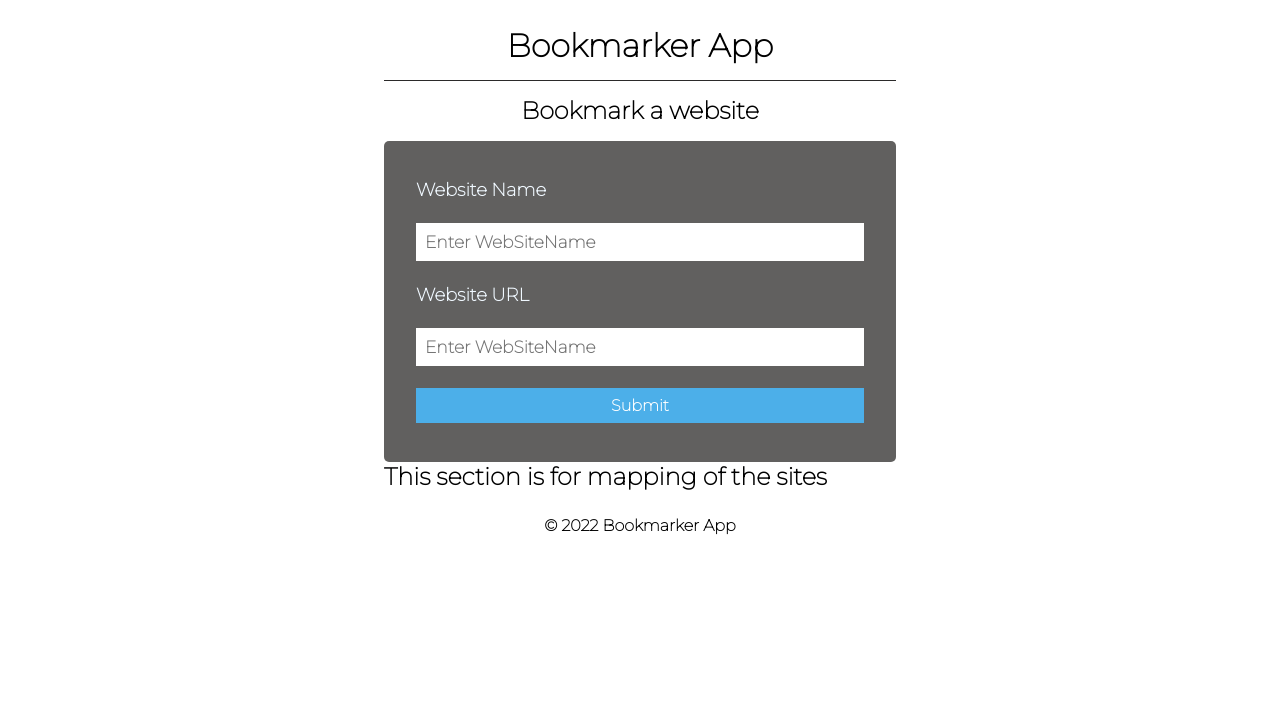
Repository: Suporl9/BookMarkerApp
Page: index.html
The author's editor kept a copy of each file at every save. The page is drawn from the files as they stood at one save, then again after the next save.
The browser window is 1280 px wide. The pictures show the whole page.

Above is the page before, as saved 2021-11-23 20:05:22.

### index.html
<!DOCTYPE html>
<html lang="en">
  <head>
    <meta charset="UTF-8" />
    <meta http-equiv="X-UA-Compatible" content="IE=edge" />
    <meta name="viewport" content="width=device-width, initial-scale=1.0" />
    <link rel="stylesheet" href="./style.css" />
    <title>Document</title>
  </head>
  <body>
    <div class="container">
      <div class="innerContainer">
        <div class="ininContainer">
          <div class="bookmarkerSection"><h1>Bookmarker App</h1></div>
          <!-- <h1>Bookmarker App</h1> -->
          <div class="vh"></div>
          <div class="formInput">
            <form class="formSec">
              <h2 class="h2class">Bookmark a website</h2>
              <div class="sitesec">
                <label class="labc" name="siteName">Website Name</label>
                <input
                  type="text"
                  name="sitename"
                  id="sitenameid"
                  placeholder="Enter WebSiteName"
                  class="inpClass"
                />
                <label class="labc" name="siteName">Website URL</label>
                <input
                  type="text"
                  name="sitename"
                  id="urlid"
                  class="inpClass"
                  placeholder="Enter WebSiteName"
                />
                <button class="submBtn">Submit</button>
              </div>
            </form>
          </div>
          <div class="toBeAdded">
            <h2>This section is for mapping of the sites</h2>
            <!-- <ul class="ulclass">
              me
            </ul> -->
            <div id="ullist"></div>
          </div>
          <footer class="footer">
            <p>&copy; 2022 Bookmarker App</p>
          </footer>
        </div>
      </div>
    </div>
    <script src="main.js"></script>
  </body>
</html>

### style.css
@import url("https://fonts.googleapis.com/css2?family=Montserrat:wght@100&display=swap");

:root {
  --main-bg-color: rgb(255, 255, 255);
  --main-grey: rgb(97, 96, 95);
}
* {
  font-family: "Montserrat", sans-serif;
  box-sizing: border-box; /* includes padding in height and width(the box outside doesnot get bigger when adding padding and stuff)*/
  margin: 0;
  padding: 0;
  font-weight: bold;
  border: none;
}
body {
  width: 80%;
  margin: auto;
}
.container {
  font-family: "Montserrat", sans-serif;

  display: flex;
  justify-content: center;
}
.innerContainer {
  /* display: flex;
  flex-direction: column; */
  width: 50%;
  margin: auto;
  /* justify-content: center;
  align-self: center; */
}
.ininContainer {
  display: flex;
  flex-direction: column;
  margin-top: 5%;
  /* align-content: center; */
  /* justify-content: center; */
}
.bookmarkerSection {
  display: flex;
  justify-content: center;
}
.vh {
  border-bottom: 1px solid rgb(43, 42, 42);
  margin-top: 3%;
}
/* .formInput {
  display: flex;
  flex-direction: column;
  justify-content: center;
} */
.h2class {
  align-self: center;
  margin-bottom: 3%;
}
.formSec {
  display: flex;
  flex-direction: column;
  margin-top: 3%;
  /* justify-content: end; */
  /* width: 0%; */
  /* align-content: center; */
}
.sitesec {
  display: flex;
  flex-direction: column;
  background-color: var(--main-grey);
  padding: 1rem 2rem;
  /* padding-bottom: 2rem; */
  border-radius: 5px;
  color: aliceblue;
}
.submBtn {
  margin-top: 5%;
  margin-bottom: 5%;
  padding: 0.5rem;
  color: rgb(255, 255, 255);
  /* font-size: 14px; */
  font-size: 16px;
  font-weight: 900;
  background-color: rgb(76, 175, 233);
}
.inpClass {
  margin-top: 5%;
  padding: 2%;
  outline: none;
  font-size: 17px;
}
.labc {
  margin-top: 5%;
  font-size: 18px;
}
.footer {
  margin-top: 5%;
  align-self: center;
}
/* .formSec,
.sitesec {
  display: flex;
  flex-direction: column;
} */
/* .sitesec {
  display: flex;
  flex-direction: column;
}
 */
#ullist {
  background-color: rgb(160, 157, 157);
  border-radius: 10px;
}

### main.js
//// @ts-check

let button = document.querySelector(".formSec");
button.addEventListener("submit", eventFunctionSubmit);
let sitename = document.getElementById("sitenameid");
let url = document.getElementById("urlid");
// console.log(input.value);
// const person = {
//   name: "sujan dari",
//   age: 25,
// };
let hello = localStorage.getItem("data");
let retrivedData = JSON.parse(hello);
console.log("retrieved", retrivedData);

let arrayForData = [];
// arrayForData.push(newObj);
if (hello != null) {
  retrivedData.forEach((element) => {
    arrayForData.push(element);
  });
} else {
  arrayForData = [];
}

console.log("arrayfordata", arrayForData);
// if(hello  !=  null){
//   arrayForData.push
// }else{}
// if(localStorage.getItem)
function eventFunctionSubmit(e) {
  e.preventDefault();
  // localStorage.setItem("user", JSON.stringify(person));
  // localStorage.setItem("arr", JSON.stringify(arrayForData));
  console.log("it works?");
  let site = { sitenamekey: sitename.value, urlkey: url.value };
  arrayForData.push(site);
  // console.log(sitename.value);
  // console.log(url.value);
  // console.log(arrayForData);
  localStorage.setItem("data", JSON.stringify(arrayForData));
}
// let hello = localStorage.getItem("data");

console.log("hello", JSON.parse(hello));

// const list = document.createElement("li");
// const textNode = document.createTextNode(arrayForData[4].sitenamekey);
// const textNode1 = document.createTextNode(arrayForData[3].sitenamekey);

// list.appendChild(textNode);

// const ulist = document.querySelector(".ulclass");
// ulist.appendChild(list);
// const arrayToUl = (arr) =>{
//   const url = document.createElement("ul");
//   url.append(...arr.map((value)=>{

//   }))
// }

// console.log("...arrayfordata", ...arrayForData);

// let ulclass = document.querySelector(".ulclass");
// var fruits = [
//   { name: "apples" },
//   { name: "oranges" },
//   { name: "grandpaa" },
//   { name: "pears" },
//   "Pineapples",
//   "Mangos",
// ];
// var listOfFruits = [];
// var list = document.getElementById("list");

// fruits.forEach(function (element) {
//   listOfFruits.push("<li>" + element.name + "</li>");
// });

// list.innerHTML = listOfFruits.join("");
let toBeRenderedArrayList = [];
let listt = document.getElementById("ullist");

arrayForData.forEach((arr) => {
  toBeRenderedArrayList.push(
    "<div class=nonesensediv>" +
      "<p>" +
      arr.sitenamekey +
      "</p>" +
      "<h4>" +
      arr.urlkey +
      "</h4>" +
      "</div>"
  );
});
listt.innerHTML = toBeRenderedArrayList.join(" ");

After the next save:
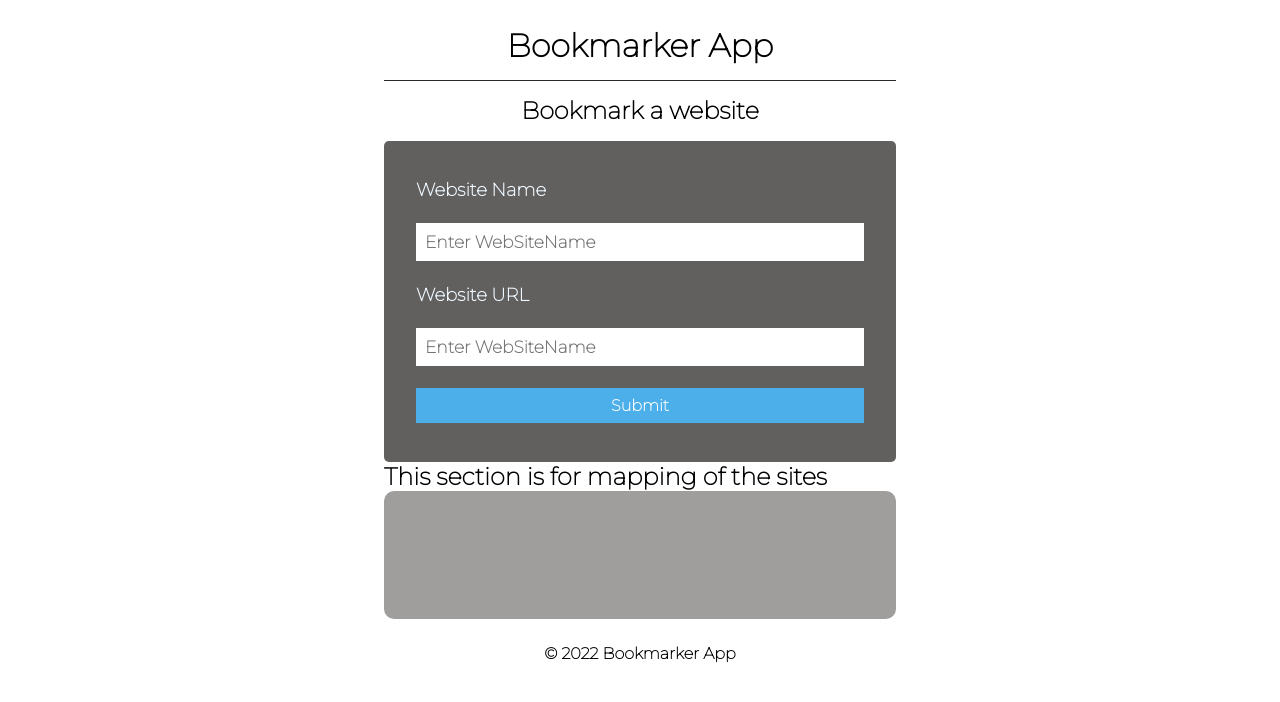
Saved 9 s later.
--- a/style.css
+++ b/style.css
@@ -108,4 +108,5 @@ body {
 #ullist {
   background-color: rgb(160, 157, 157);
   border-radius: 10px;
+  padding: 4rem;
 }
